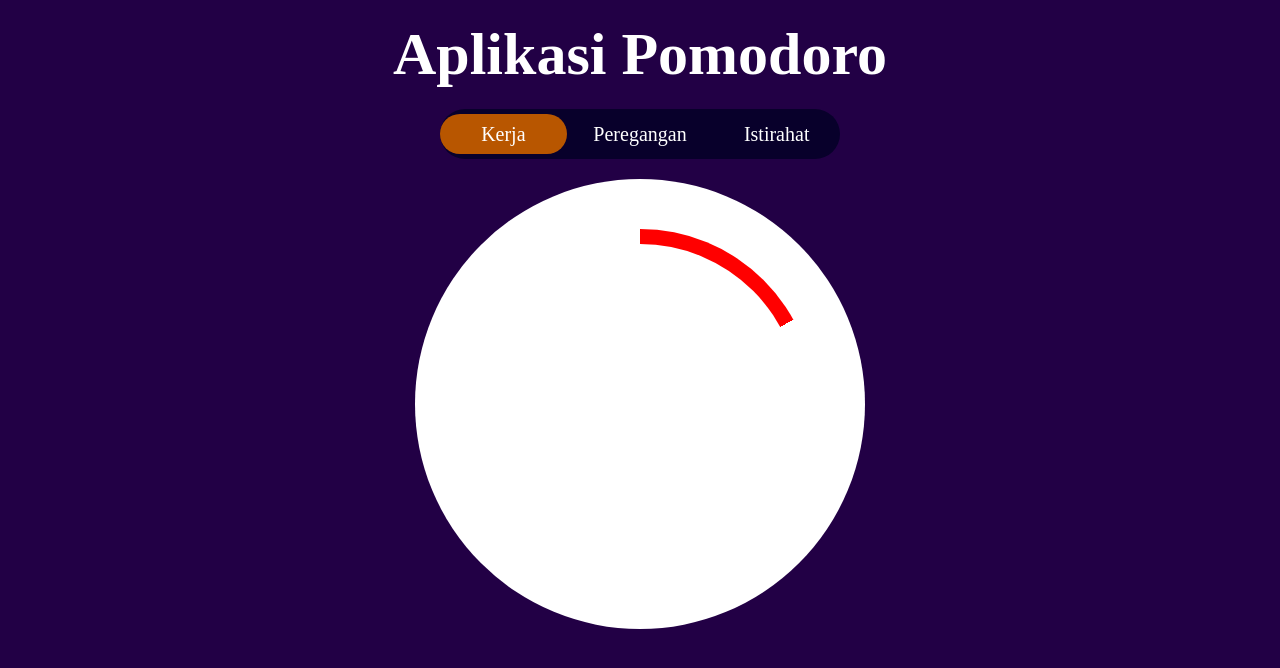
Repository: sellayspy/aplikasiPomodoro
Page: /
The author's editor kept a copy of each file at every save. The page is drawn from the files as they stood at one save, then again after the next save.
The browser window is 1280 px wide. The pictures show the whole page.
The project was rebuilt for these pictures with package versions that can differ from the ones it lists, and the page was loaded fresh each time. Also part of the build but not shown: vite.config.js.

Above is the page before, as saved 2024-11-25 13:53:15.

### index.html
<!DOCTYPE html>
<html lang="en">
  <head>
    <meta charset="UTF-8" />
    <link rel="icon" type="image/svg+xml" href="/vite.svg" />
    <meta name="viewport" content="width=device-width, initial-scale=1.0" />
    <title>Aplikasi Pomodoro</title>
  </head>
  <body>
    <div id="root"></div>
    <script type="module" src="/src/main.jsx"></script>
  </body>
</html>

### src/main.jsx
import { StrictMode } from "react";
import { createRoot } from "react-dom/client";
import { createGlobalStyle, ThemeProvider } from "styled-components";
import App from "./App.jsx";

const GlobalStyle = createGlobalStyle`

*{
  margin: 0;
  padding: 0;
  box-sizing: border-box;
}

  html,body{
    background-color: ${(props) => props.theme.colors.bg};;
    font-size: 62.5%;
  }

  body{
    font-size: 1.6rem;
    color: white;
  }

`;

const theme = {
  colors: {
    primary: "#b85600",
    secondary: "#08002b",
    bg: "#220045",
  },
};

createRoot(document.getElementById("root")).render(
  <StrictMode>
    <ThemeProvider theme={theme}>
      <GlobalStyle />
      <App />
    </ThemeProvider>
  </StrictMode>
);

### src/App.jsx
import styled from "styled-components";
import Judul from "./components/Judul";
import Timer from "./components/Timer";

function App() {
  return (
    <>
      <Title>Aplikasi Pomodoro</Title>
      <Judul />
      <Timer />
    </>
  );
}

export default App;

const Title = styled.h1`
  font-size: 6rem;
  padding: 2rem 0;
  text-align: center;
`;

### src/components/Judul.jsx
import styled, { css } from "styled-components";
import { useState } from "react";

const Judul = () => {
  const [active, setActive] = useState(0);

  const handleJudulClick = (index) => {
    setActive(index);
  };
  return (
    <JudulContainer>
      {["Kerja", "Peregangan", "Istirahat"].map((tag, i) => (
        <Tag onClick={() => handleJudulClick(i)} active={active === i} key={i}>
          {tag}
        </Tag>
      ))}
    </JudulContainer>
  );
};

export default Judul;

const JudulContainer = styled.div`
  background: ${(props) => props.theme.colors.secondary};
  height: 5rem;
  width: 40rem;
  margin: 0 auto;
  border-radius: 5rem;
  display: flex;
  gap: 1rem;
  align-items: center;
`;

const Tag = styled.button`
  all: unset;
  height: 4rem;
  text-align: center;
  border-radius: 5rem;
  flex: 1;
  font-size: 2rem;

  ${({ active }) =>
    active &&
    css`
      background: ${(props) => props.theme.colors.primary};
    `}
`;

### src/components/Timer.jsx
import styled from "styled-components";
import TimerProgress from "./TimerProgress";

const Timer = () => {
  return (
    <TimerContainer>
      <TimerProgress />
    </TimerContainer>
  );
};

export default Timer;

const TimerContainer = styled.div`
  background: conic-gradient(
    ${(props) => props.theme.colors.secondary},
    ${(props) => props.theme.colors.bg} 150deg,
    ${(props) => props.theme.colors.secondary}
  );

  width: 45rem;
  height: 45rem;
  background: white;
  margin: 2rem auto;
  border-radius: 50%;
  display: grid;
  place-items: center;
`;

### src/components/TimerProgress.jsx
import { useState } from "react";
import { RiProgress1Fill } from "react-icons/ri";
import styled from "styled-components";

const TimerProgress = () => {
  const [progress, setProgress] = useState(17);

  return (
    <OuterCircle progress={progress}>
      <InnerCircle></InnerCircle>
    </OuterCircle>
  );
};

export default TimerProgress;

const OuterCircle = styled.div`
  width: 35rem;
  height: 35rem;
  background: #b34444;

  border-radius: 50%;
  display: grid;
  place-items: center;
  background: conic-gradient(
    red ${({ progress }) => progress}%,
    transparent ${({ progress }) => progress}%
  );
`;

const InnerCircle = styled.div`
  width: 32rem;
  height: 32rem;
  background: white;

  border-radius: 50%;
  display: grid;
  place-items: center;
`;

After the next save:
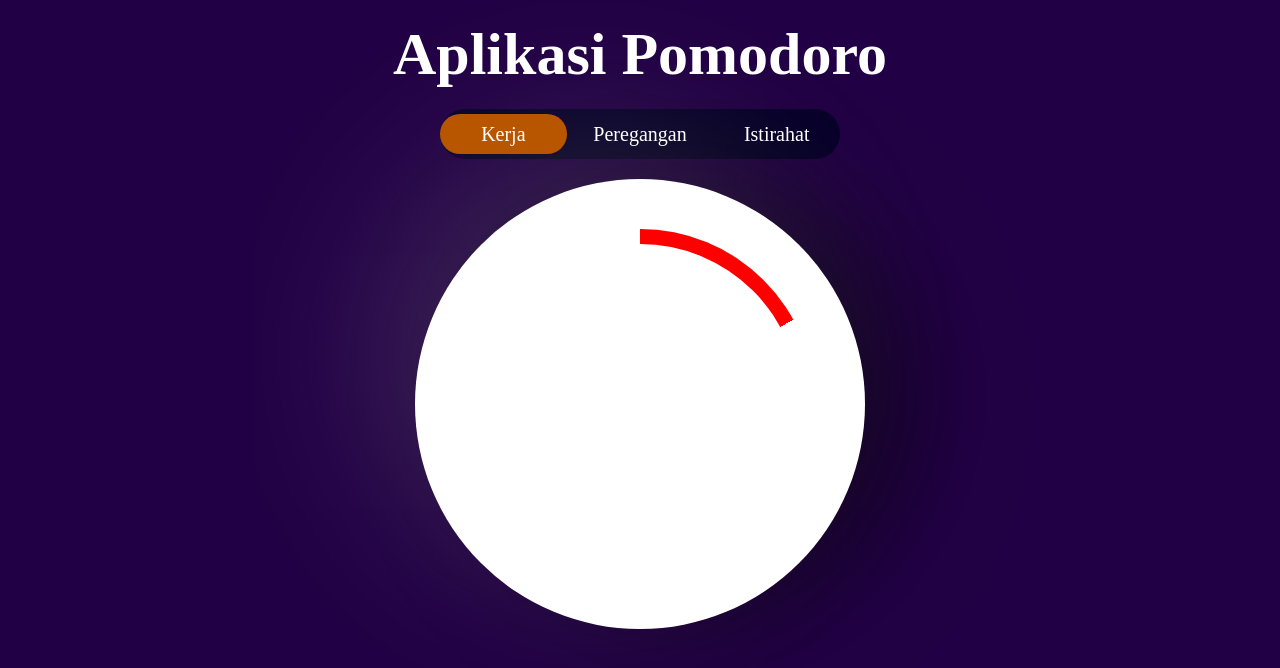
Saved 103 s later.
--- a/src/components/Timer.jsx
+++ b/src/components/Timer.jsx
@@ -25,4 +25,6 @@ const TimerContainer = styled.div`
   border-radius: 50%;
   display: grid;
   place-items: center;
+  box-shadow: -50px -50px 150px rgba(158, 158, 158, 0.2),
+    50px -10px 100px rgba(0, 0, 0, 0.5);
 `;
